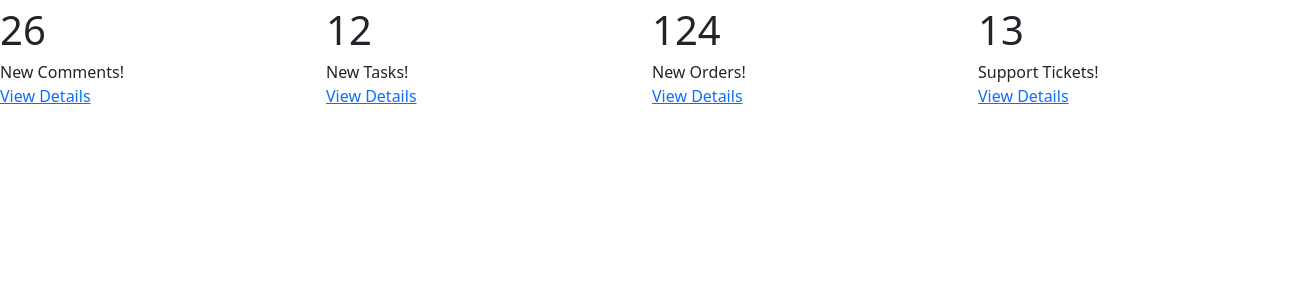
Repository: aache/call-log-management
Page: /dashboard
These files come from the project's save history. The page is drawn as it stood at one moment and after the next save; the edit follows.
The browser window is 1280 px wide. The page is 1292 px wide, so the pictures cover 1292 px, including what lies to the right of the window. The pictures show the whole page.
The project was rebuilt for these pictures with package versions that can differ from the ones it lists, and the page was loaded fresh each time. Also part of the build but not shown: angular.json, src/app/login/login.component.ts, src/app/vertical-navigation/vertical-navigation.component.ts.

Above is the page before, as saved 2019-01-05 16:01:23.

### src/index.html
<!doctype html>
<html lang="en">
<head>
  <meta charset="utf-8">
  <title>CallLogApp</title>

  <base href="/">

  <meta name="viewport" content="width=device-width, initial-scale=1">
  <link rel="icon" type="image/x-icon" href="favicon.ico">
</head>
<body>
  <app-root></app-root>
</body>
</html>

### src/app/app.module.ts
import { BrowserModule } from '@angular/platform-browser';
import { NgModule } from '@angular/core';
import { AppRoutingModule } from './app-routing.module';
import { ReactiveFormsModule } from '@angular/forms';

import { AppComponent } from './app.component';
import { LoginComponent } from './login/login.component';
import { DashboardComponent } from './dashboard/dashboard.component';
import { VerticalNavigationComponent } from './vertical-navigation/vertical-navigation.component';


import { LoginAuthService } from './services/login/login-auth.service';
import { AppSettings } from './app-settings';

@NgModule({
  declarations: [
    AppComponent,
    LoginComponent,
    DashboardComponent,
    VerticalNavigationComponent
  ],
  imports: [
    BrowserModule,
    AppRoutingModule,
    ReactiveFormsModule
  ],
  providers: [
    AppSettings,
    LoginAuthService
  ],
  bootstrap: [AppComponent]
})
export class AppModule { }

### src/app/app-routing.module.ts
import { NgModule } from '@angular/core';
import { Routes, RouterModule } from '@angular/router';
import { AppComponent } from './app.component';
import { LoginComponent } from './login/login.component';
import { DashboardComponent } from './dashboard/dashboard.component';

const routes: Routes = [
  {path: 'dashboard' , component: DashboardComponent},
  {path: '' , component: LoginComponent}
];

@NgModule({
  imports: [RouterModule.forRoot(routes)],
  exports: [RouterModule]
})
export class AppRoutingModule { }

### src/app/app.component.ts
import { Component } from '@angular/core';

@Component({
  selector: 'app-root',
  templateUrl: './app.component.html',
  styleUrls: ['./app.component.css' ]
})
export class AppComponent {
  title = 'call-log-app';
}

### src/app/services/login/login-auth.service.ts
import { Injectable } from '@angular/core';
import { AppSettings } from '../../app-settings';

@Injectable({
  providedIn: 'root'
})
export class LoginAuthService {

  constructor() { }
  printLogin(username: String, password: String) {
    console.log(username + '::::' + password + AppSettings.API_ENDPOINT);
  }
}

### src/app/app-settings.ts
export class AppSettings {
    public static API_ENDPOINT = 'http://127.0.0.1:3000/api/';
}

### src/app/app.component.html
<!--The content below is only a placeholder and can be replaced.-->
<!--app-vertical-navigation></app-vertical-navigation-->
<router-outlet></router-outlet>

### src/app/dashboard/dashboard.component.html
<div class="row">
  <div class="col-lg-3 col-md-6">
      <div class="panel panel-primary">
          <div class="panel-heading">
              <div class="row">
                  <div class="col-xs-3">
                      <i class="fa fa-comments fa-5x"></i>
                  </div>
                  <div class="col-xs-9 text-right">
                      <div class="huge">26</div>
                      <div>New Comments!</div>
                  </div>
              </div>
          </div>
          <a href="#">
              <div class="panel-footer">
                  <span class="pull-left">View Details</span>
                  <span class="pull-right"><i class="fa fa-arrow-circle-right"></i></span>
                  <div class="clearfix"></div>
              </div>
          </a>
      </div>
  </div>
  <div class="col-lg-3 col-md-6">
      <div class="panel panel-green">
          <div class="panel-heading">
              <div class="row">
                  <div class="col-xs-3">
                      <i class="fa fa-tasks fa-5x"></i>
                  </div>
                  <div class="col-xs-9 text-right">
                      <div class="huge">12</div>
                      <div>New Tasks!</div>
                  </div>
              </div>
          </div>
          <a href="#">
              <div class="panel-footer">
                  <span class="pull-left">View Details</span>
                  <span class="pull-right"><i class="fa fa-arrow-circle-right"></i></span>
                  <div class="clearfix"></div>
              </div>
          </a>
      </div>
  </div>
  <div class="col-lg-3 col-md-6">
      <div class="panel panel-yellow">
          <div class="panel-heading">
              <div class="row">
                  <div class="col-xs-3">
                      <i class="fa fa-shopping-cart fa-5x"></i>
                  </div>
                  <div class="col-xs-9 text-right">
                      <div class="huge">124</div>
                      <div>New Orders!</div>
                  </div>
              </div>
          </div>
          <a href="#">
              <div class="panel-footer">
                  <span class="pull-left">View Details</span>
                  <span class="pull-right"><i class="fa fa-arrow-circle-right"></i></span>
                  <div class="clearfix"></div>
              </div>
          </a>
      </div>
  </div>
  <div class="col-lg-3 col-md-6">
      <div class="panel panel-red">
          <div class="panel-heading">
              <div class="row">
                  <div class="col-xs-3">
                      <i class="fa fa-support fa-5x"></i>
                  </div>
                  <div class="col-xs-9 text-right">
                      <div class="huge">13</div>
                      <div>Support Tickets!</div>
                  </div>
              </div>
          </div>
          <a href="#">
              <div class="panel-footer">
                  <span class="pull-left">View Details</span>
                  <span class="pull-right"><i class="fa fa-arrow-circle-right"></i></span>
                  <div class="clearfix"></div>
              </div>
          </a>
      </div>
  </div>
</div>

### src/app/dashboard/dashboard.component.css
.huge {
    font-size: 40px;
  }

  .fa-comments{
    content: "\f086";
  }

Loaded but not shown: src/styles.css (common file); src/main.ts (common file); src/environments/environment.ts (common file); src/app/dashboard/dashboard.component.ts (common file); src/app/app.component.css (no stored copy; drawn as an empty file)

After the next save:
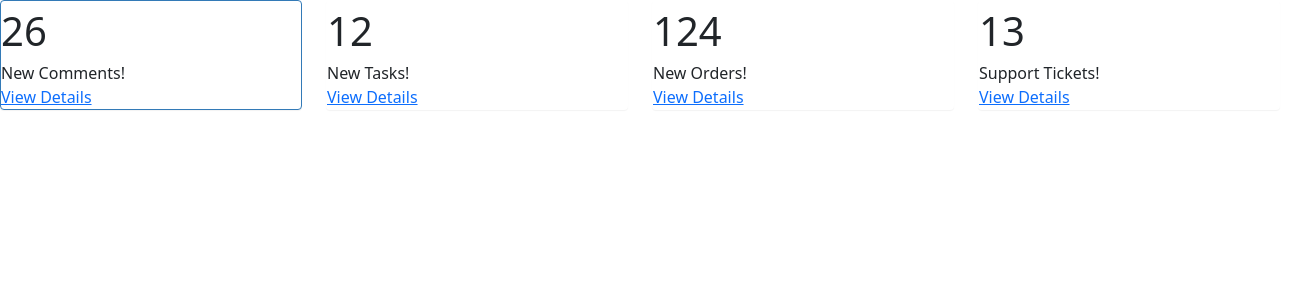
Saved 2 min 53 s later.
--- a/src/app/dashboard/dashboard.component.css
+++ b/src/app/dashboard/dashboard.component.css
@@ -5,3 +5,16 @@
   .fa-comments{
     content: "\f086";
   }
+
+  .panel {
+    margin-bottom: 20px;
+    background-color: #fff;
+    border: 1px solid transparent;
+    border-radius: 4px;
+    -webkit-box-shadow: 0 1px 1px rgba(0, 0, 0, .05);
+            box-shadow: 0 1px 1px rgba(0, 0, 0, .05);
+  }
+
+  .panel-primary {
+    border-color: #337ab7;
+  }
